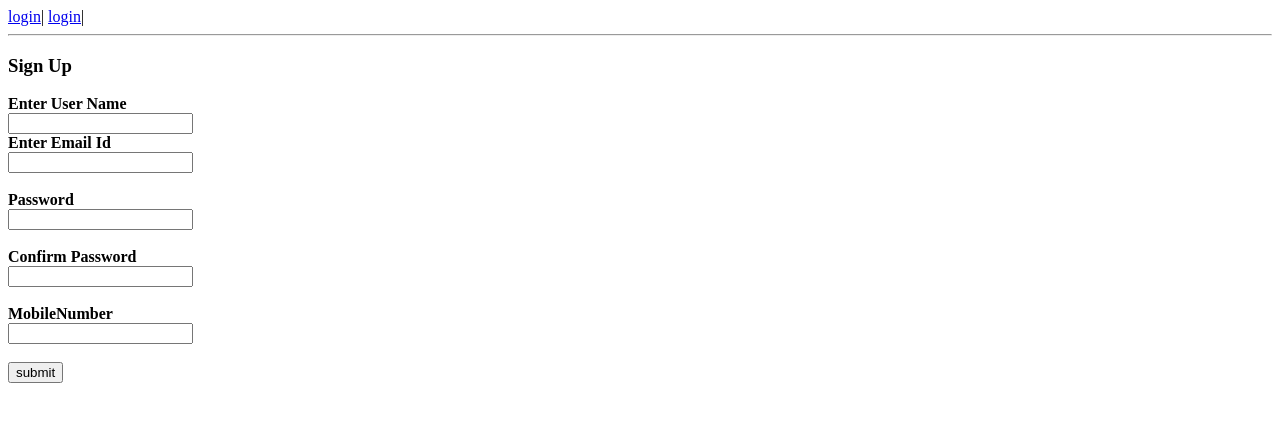
Repository: ashwinipatil321/ServletPrograms
Page: http://localhost/loginAndRegisterServlet/Register.jsp
The author's editor kept a copy of each file at every save. The page is drawn from the files as they stood at one save, then again after the next save.
The browser window is 1280 px wide. The pictures show the whole page.
The page is served by Tomcat 9.

Above is the page before, as saved 2017-11-04 10:48:53.

After the next save:
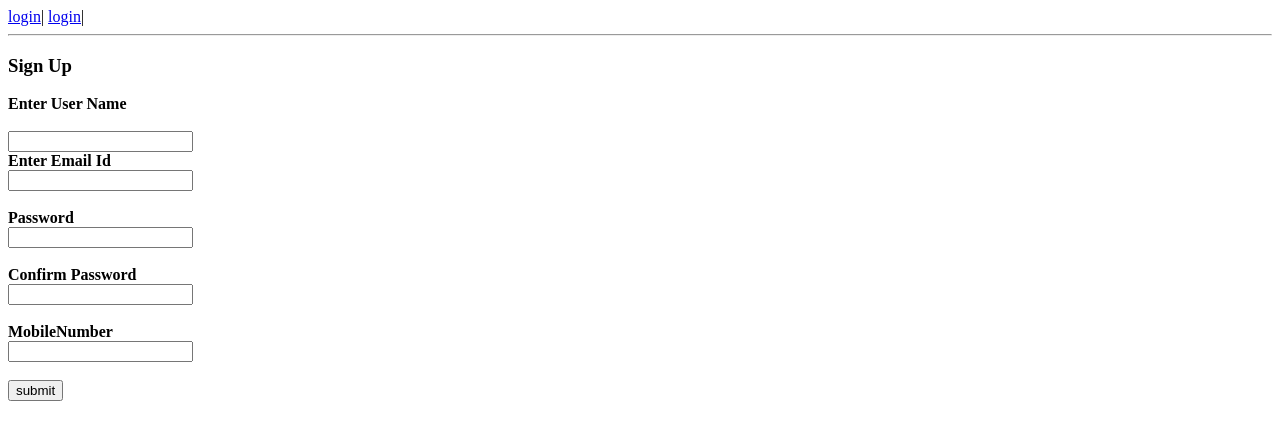
Saved 87 s later.
--- a/loginAndRegisterServlet/WebContent/Register.jsp
+++ b/loginAndRegisterServlet/WebContent/Register.jsp
@@ -13,7 +13,7 @@
     <h3> Sign Up </h3>
 
 <form action="RegisterServlet" method="post">
- <tr><label><b>Enter User Name</b></label><br>
+ <label><b>Enter User Name</b></label><br></br>
 <input type="text"name="UserName" required><br>
  <label><b>Enter Email Id</b></label><br>
 <input type="text" name="EmailId"/><br/><br>
